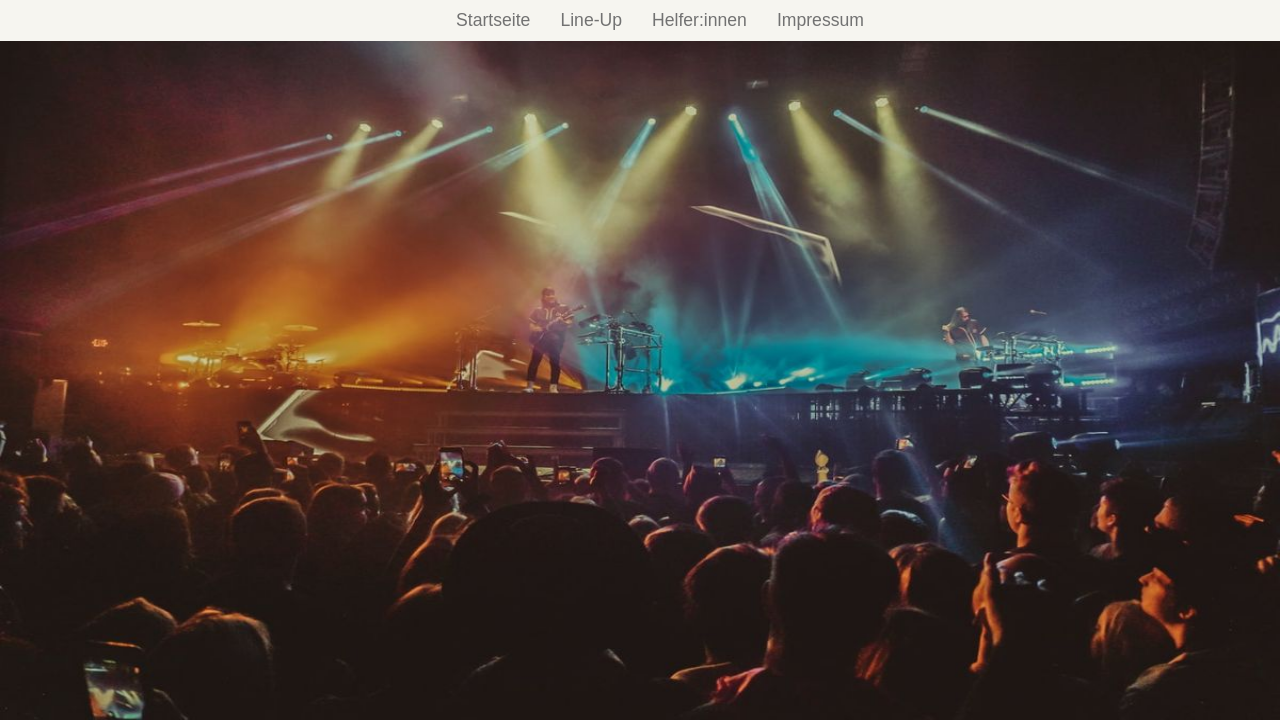
Repository: Hajimohammadi-KI/Web-Technologien
Page: index.html
These files come from the project's save history. The page is drawn as it stood at one moment and after a run of saves; the edit follows.
The browser window is 1280 px wide. The pictures show the whole page.

Above is the page before, as saved 2025-10-01 14:17:41.

After the next 3 saves:
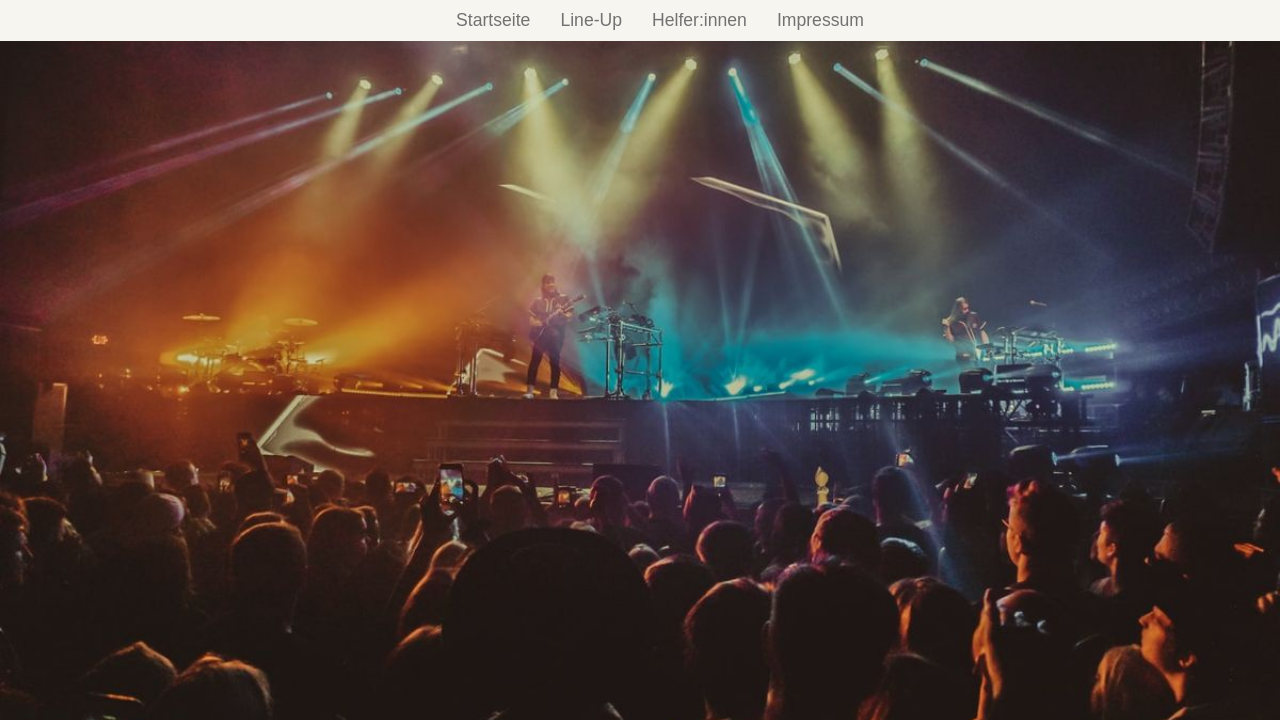
The 3 saves are shown as one change because they came seconds apart.
The last was saved 23 s later.
--- a/Style.css
+++ b/Style.css
@@ -12,6 +12,7 @@ img.responsive-img {
   height: 100vh; /* Das Seitenverhältnis (Seitenverhältnis=نسبت ابعاد) des Bildes bleibt erhalten. */
   max-width: 100vw; /* Das Bild wird nie breiter als das Browserfenster (Browserfenster=پنجره مرورگر). */
   display: block; /* Entfernt zusätzlichen Platz (Platz=فضا) unter dem Bild. */
+  object-fit: cover; /* Das Bild füllt den Container (Container=ظرف) aus, ohne das Seitenverhältnis (Seitenverhältnis=نسبت ابعاد) zu verzerren. */
 }
 
 @media (max-width: 600px) {
